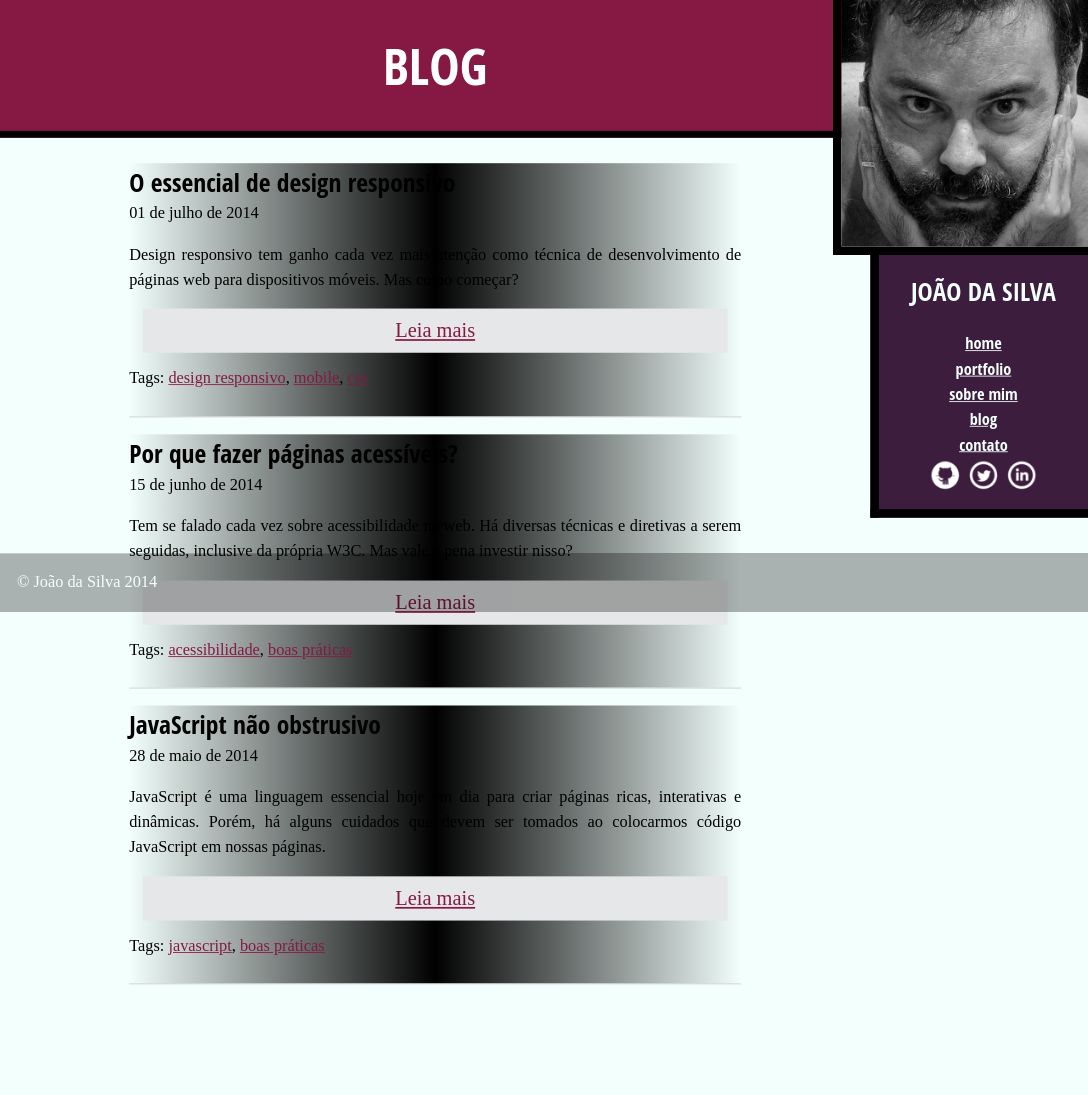
Repository: MichelMiola/html5Css3Avancado
Page: projeto/blog.html
The author's editor kept a copy of each file at every save. The page is drawn from the files as they stood at one save, then again after the next save.
The browser window is 1280 px wide. The pictures show the whole page, at 85% of full size.
Some web fonts or font styles are not loaded; a fallback is used.

Above is the page before, as saved 2015-03-20 20:38:27.

After the next save:
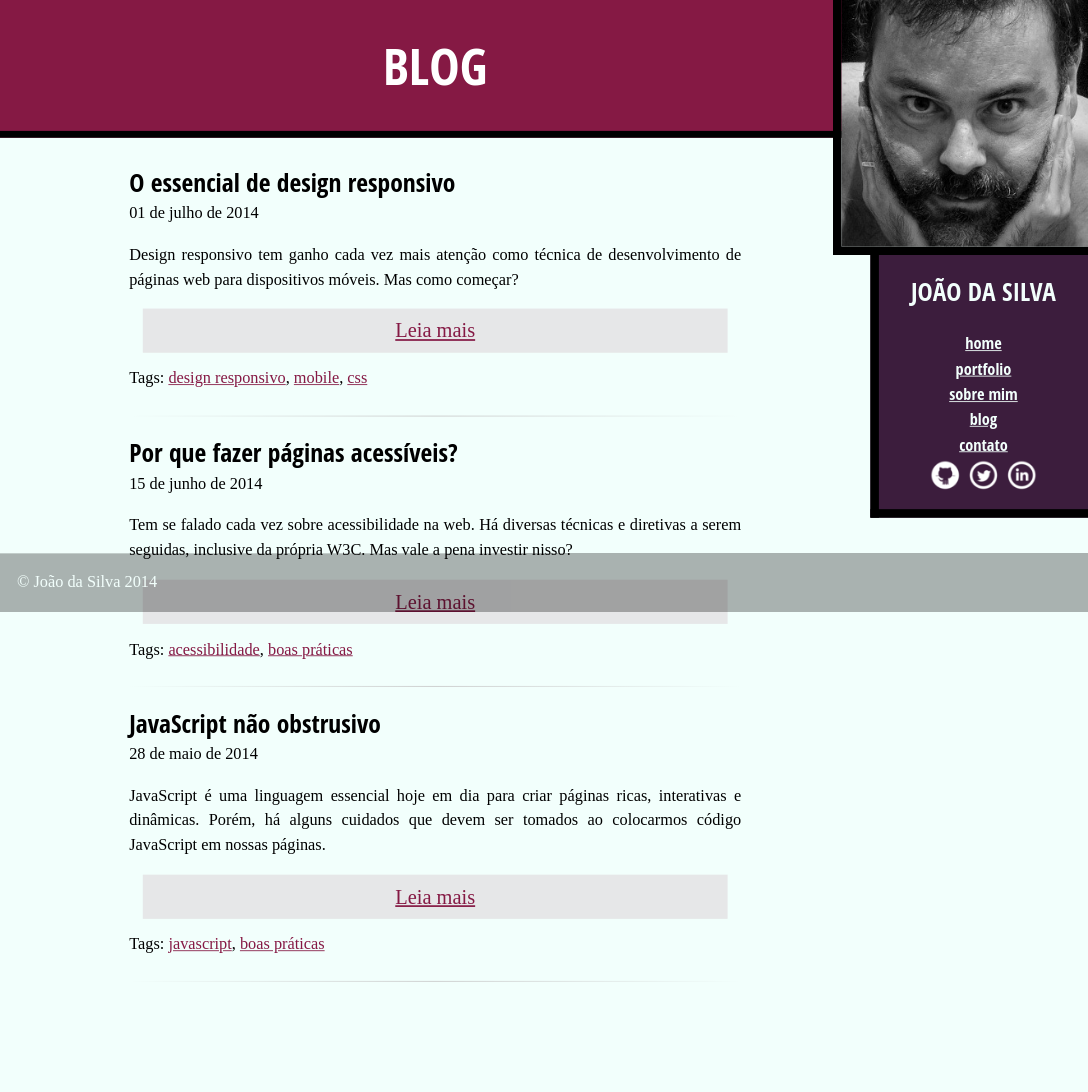
Saved 80 s later.
--- a/projeto/css/blog.css
+++ b/projeto/css/blog.css
@@ -9,7 +9,14 @@
 
 .post-blog {
     padding-bottom: 30px;
-    border-bottom: 1px solid #ccc;
+
     margin-bottom: 20px;
     background-image: linear-gradient(to right, transparent, black, transparent);
+    background-size: 100% 1px;
+    background-repeat: no-repeat;
+    background-position: bottom center;
+    background-image: linear-gradient(to right,
+    rgba(200, 200, 200, 0),
+    rgba(200, 200, 200, 1),
+    rgba(200, 200, 200, 0));
 }
